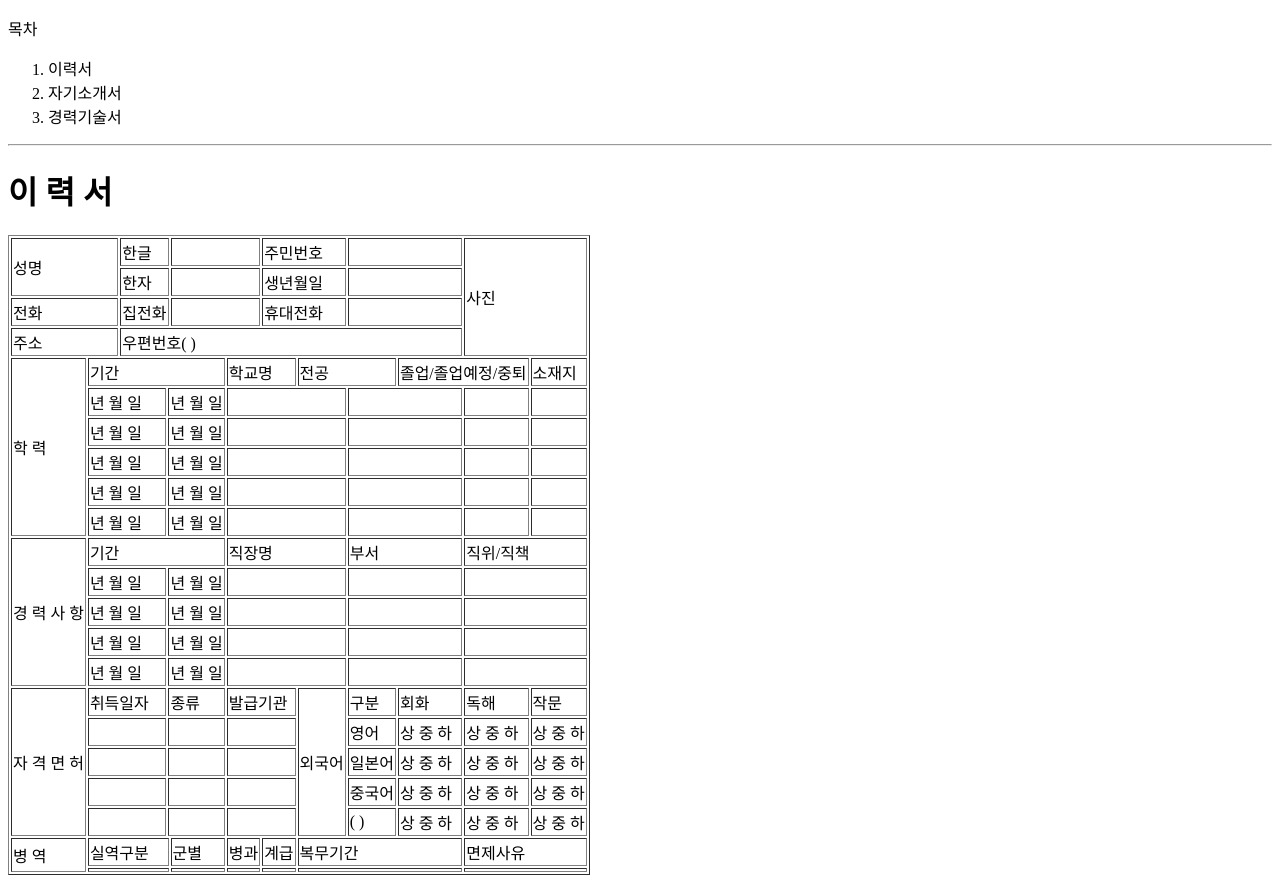
Repository: jeemaru/htme_01
Page: html_01/hw01/ex_01.html
These files come from the project's save history. The page is drawn as it stood at one moment and after the next save; the edit follows.
The browser window is 1280 px wide. The pictures show the whole page.

Above is the page before, as saved 2022-04-01 09:09:48.

After the next save:
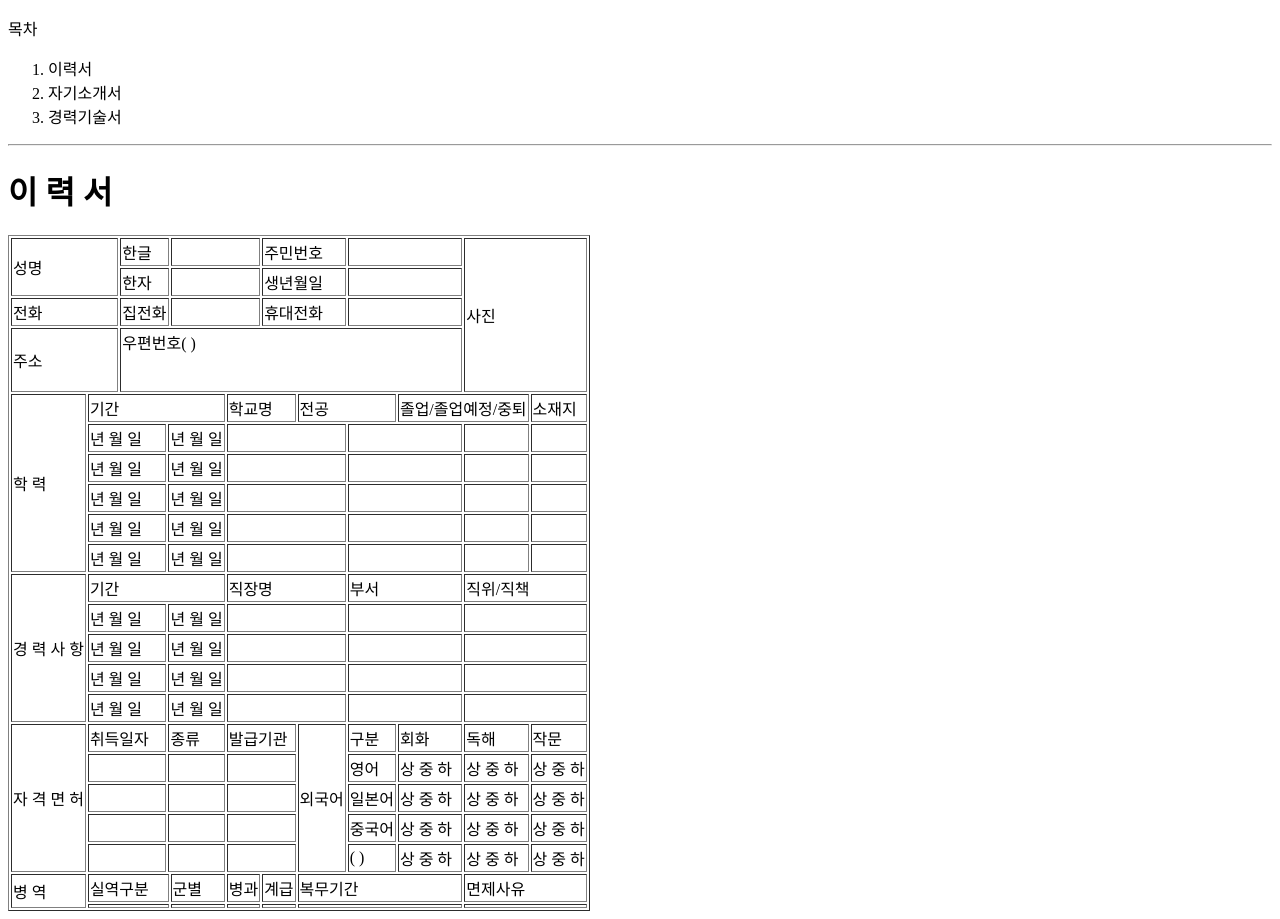
Saved 45 s later.
--- a/html_01/hw01/ex_01.html
+++ b/html_01/hw01/ex_01.html
@@ -45,7 +45,7 @@
 			</tr>
 			<tr>
 				<td colspan="2">주소</td>
-				<td colspan="8">우편번호( )</td>
+				<td colspan="8">우편번호( )<br><br><br></td>
 			</tr>
 			<tr>
 				<td rowspan="6">학 력</td>
